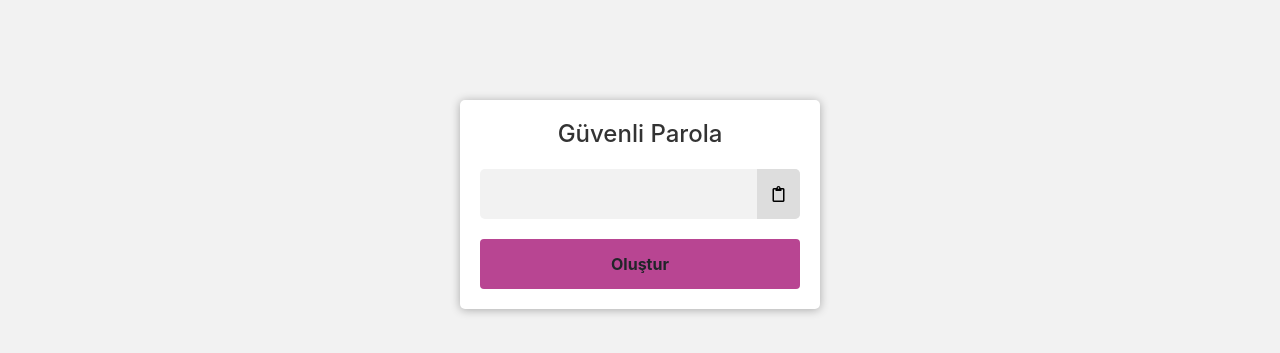
Repository: DogukanSAVA/SecurityKey
Page: index.html
These files come from the project's save history. The page is drawn as it stood at one moment and after a run of saves; the edit follows.
The browser window is 1280 px wide. The pictures show the whole page.
The pointer rests on the first visible `.btn`.
Some web libraries are served in a nearby version.

Above is the page before, as saved 2021-09-20 14:04:49.

### index.html
<!DOCTYPE html>
<html lang="en">

<head>
          <meta charset="UTF-8">
          <meta http-equiv="X-UA-Compatible" content="IE=edge">
          <meta name="viewport" content="width=device-width, initial-scale=1.0">
          <title>Random Security Key</title>

          <link rel="stylesheet" href="https://cdn.jsdelivr.net/npm/bootstrap@4.6.0/dist/css/bootstrap.min.css"
                    integrity="sha384-B0vP5xmATw1+K9KRQjQERJvTumQW0nPEzvF6L/Z6nronJ3oUOFUFpCjEUQouq2+l"
                    crossorigin="anonymous">

          <link rel="stylesheet" href="https://pro.fontawesome.com/releases/v5.10.0/css/all.css"
                    integrity="sha384-AYmEC3Yw5cVb3ZcuHtOA93w35dYTsvhLPVnYs9eStHfGJvOvKxVfELGroGkvsg+p"
                    crossorigin="anonymous">

          <link rel="stylesheet" href="style.css">
</head>

<body>
          <div class="wrap">
                    <h2>Güvenli Parola</h2>
                    <div class="result">
                              <span id="result"></span>
                              <button id="clipboard">
                                        <i class="far fa-clipboard"></i>
                              </button>
                    </div>
                    <button id="generate" class="btn">Oluştur</button>
          </div>


          <script src="main.js" charset="utf-8"></script>
</body>

</html>

### style.css
* {
  margin: 0;
  padding: 0;
  border: 0;
  box-sizing: border-box;
}

body {
  display: flex;
  flex-direction: column;
  align-items: center;
  background-color: #f2f2f2;
  color: #333;
}

.wrap {
  width: 360px;
  margin-top: 100px;
  padding: 20px;
  background-color: #fff;
  box-shadow: 0px 1px 10px 0px rgba(0, 0, 0, 0.3);
  border-radius: 5px;
}

h2 {
  font-size: 24px;
  text-align: center;
}

.result {
  display: flex;
  flex-direction: row;
  align-items: center;
  justify-content: space-between;
  background-color: #f2f2f2;
  border-radius: 5px;
  margin: 20px 0px;
}

.result span {
  padding: 0px 10px;
  line-height: 50px;
  width: 100%;
  overflow-x: scroll;
}

.result button {
  border: 0;
  outline: 0;
  width: 50px;
  height: 50px;
  background-color: #ddd;
  font-size: 16px;
  border-radius: 0 5px 5px 0;
  cursor: pointer;
}

.btn {
  border: 0;
  outline: 0;
  width: 100%;
  height: 50px;
  background-color: #b84592;
  color: #fff;
  font-size: 16px;
  font-weight: 700;
  cursor: pointer;
}

.btn:hover{
          box-shadow: 0px 1px 10px 0px rgba(red, green, blue, alpha);
}

Loaded but not shown: main.js (no copy from this time; the picture is the same without it)

After the next 5 saves:
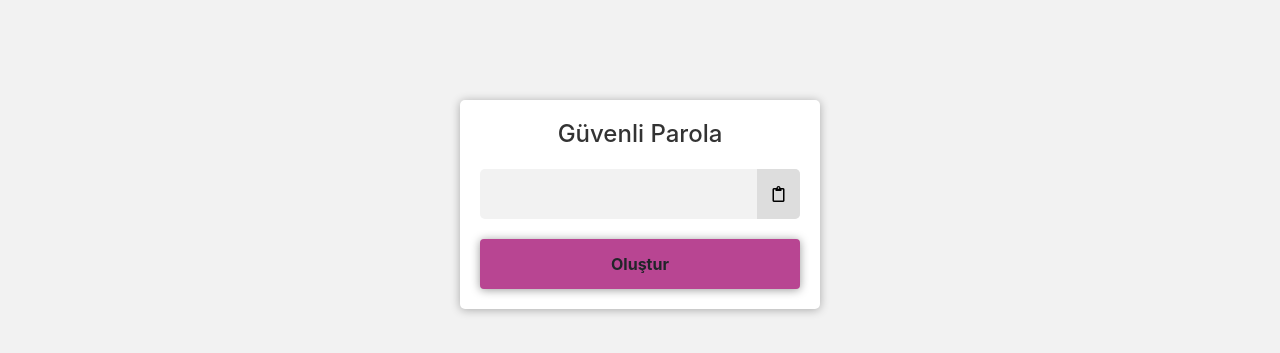
The 5 saves are shown as one change because they came seconds apart.
The last was saved 12 s later.
--- a/style.css
+++ b/style.css
@@ -67,6 +67,6 @@ h2 {
   cursor: pointer;
 }
 
-.btn:hover{
-          box-shadow: 0px 1px 10px 0px rgba(red, green, blue, alpha);
+.btn:hover {
+  box-shadow: 0px 1px 10px 0px rgba(0, 0, 0, 0.4);
 }
